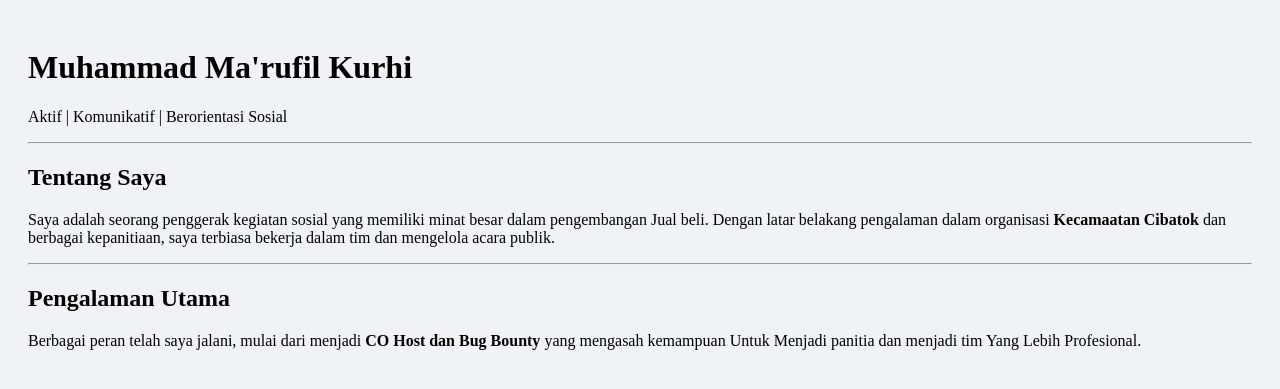
Repository: rufi1126/241552010002-Web-Application-Development
Page: uts/index.html
These files come from the project's save history. The page is drawn as it stood at one moment and after a run of saves; the edit follows.
The browser window is 1280 px wide. The pictures show the whole page.

Above is the page before, as saved 2026-05-08 01:08:33.

### uts/index.html
<!DOCTYPE html>
<html lang="id">
<head>
    <meta charset="UTF-8">
    <meta name="viewport" content="width=device-width, initial-scale=1.0">
    <title>Halaman Personal - Muhammad Ma'rufil Kurhi</title>
    <style>

    </style>
</head>
<body style="background-color: #f0f2f5; padding: 20px;">

    <div class="container">

        <header id="main-header">
            <h1>Muhammad Ma'rufil Kurhi</h1>
            <p>Aktif | Komunikatif | Berorientasi Sosial</p>
        </header>

        <hr> <div id="about-me" class="content-section">
            <h2 class="section-title">Tentang Saya</h2>
            <p class="description">
                Saya adalah seorang penggerak kegiatan sosial yang memiliki minat besar dalam pengembangan Jual beli.
                Dengan latar belakang pengalaman dalam organisasi <strong>Kecamaatan Cibatok</strong> dan berbagai kepanitiaan,
                saya terbiasa bekerja dalam tim dan mengelola acara publik.
            </p>
        </div>

        <hr>

        <div id="experience" class="content-section">
            <h2 class="section-title">Pengalaman Utama</h2>
            <p class="description">
                Berbagai peran telah saya jalani, mulai dari menjadi <strong>CO Host dan Bug Bounty</strong> yang mengasah
                kemampuan Untuk Menjadi panitia dan menjadi tim Yang Lebih Profesional.
            </p>
        </div>

    </div>

</body>
</html>

After the next 3 saves:
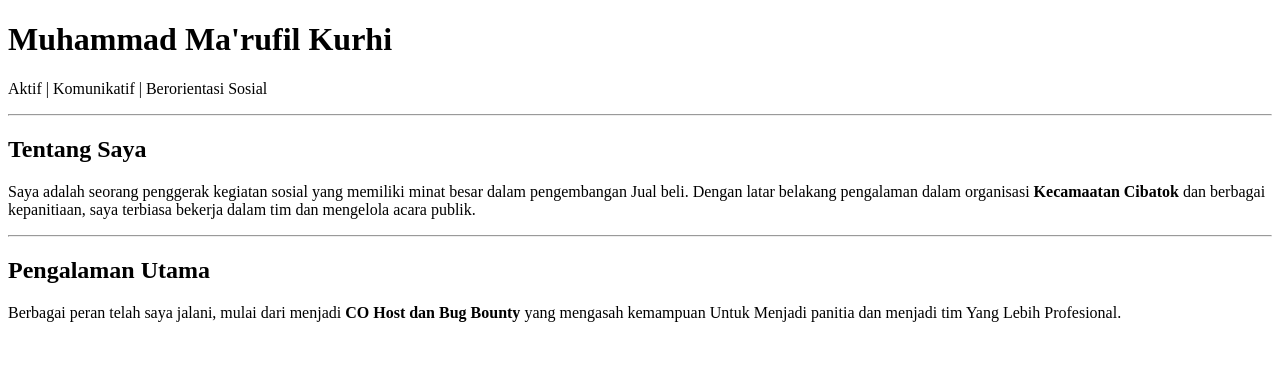
The 3 saves are shown as one change because they came seconds apart.
The last was saved 11 s later.
--- a/uts/index.html
+++ b/uts/index.html
@@ -4,12 +4,6 @@
     <meta charset="UTF-8">
     <meta name="viewport" content="width=device-width, initial-scale=1.0">
     <title>Halaman Personal - Muhammad Ma'rufil Kurhi</title>
-    <style>
-
-    </style>
-</head>
-<body style="background-color: #f0f2f5; padding: 20px;">
-
     <div class="container">
 
         <header id="main-header">
